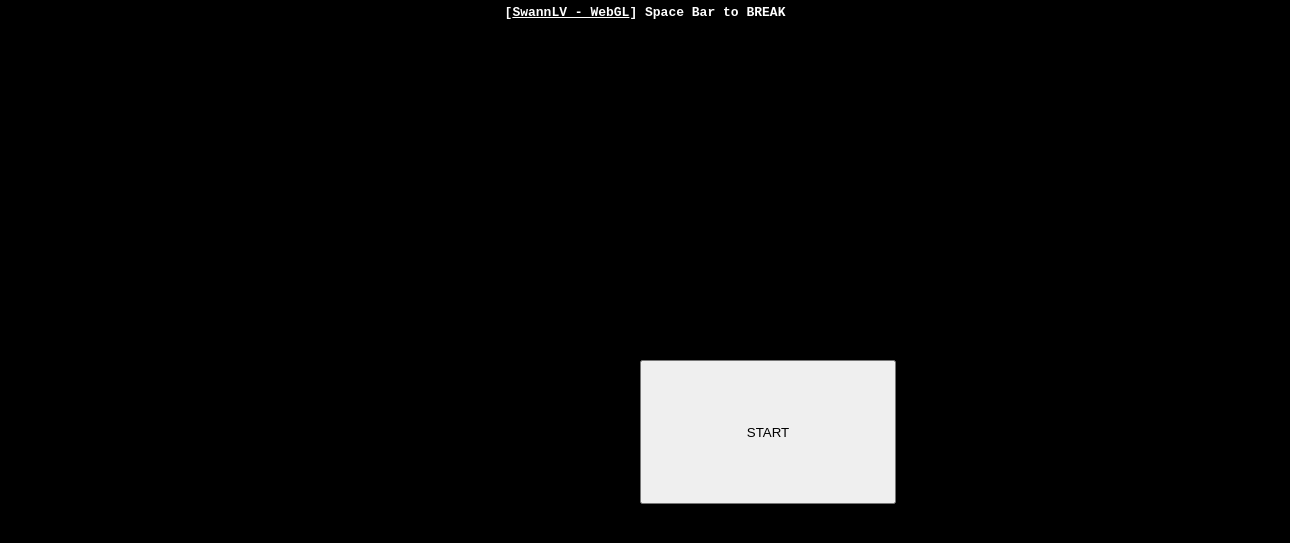
Repository: SwannLV/reach-the-sun
Page: Index.html
The author's editor kept a record of every edit. The page is drawn from the files as they stood at one moment, then again after the next edit.
The browser window is 1280 px wide. The page is 1290 px wide, so the pictures cover 1290 px, including what lies to the right of the window. The pictures show the whole page.
Some web libraries are served in a nearby version.

Above is the page before.
Console error: ReferenceError: THREE is not defined

### Index.html
<!DOCTYPE html>
<html lang="en">

    <head>
        <title>SwannLV</title>
        <meta charset="utf-8">
        <meta name="viewport" content="width=device-width, user-scalable=no, minimum-scale=1.0, maximum-scale=1.0">
        <style>
            body {
                color: #ffffff;
                font-family:Monospace;
                font-size:13px;
                text-align:center;
                font-weight: bold;
                background-color: #000000;
                margin: 0px;
                overflow: hidden;
            }
            #info {
                position: absolute;
                top: 0px;
                width: 100%;
                padding: 5px;
            }
            #start {
                position: absolute;
                top: 50%;
                left: 50%;
                width: 20%;
                height: 20%;
                padding: 5px;
            }
            #infoMusic {
                position: absolute;
                bottom: 0px;
                right: 5px;
                padding: 5px;
            }
            #ongoing
            {
                position: absolute;
                top: 0px;
                right: 5px;
                padding: 5px;
                color: #ff0000;
            }
            a {
                color: #ffffff;
            }
        </style>
        <script type="text/javascript">
          var _gaq = _gaq || [];
          _gaq.push(['_setAccount', 'UA-36066678-1']);
          _gaq.push(['_trackPageview']);
          (function() {
            var ga = document.createElement('script'); ga.type = 'text/javascript'; ga.async = true;
            ga.src = ('https:' == document.location.protocol ? 'https://ssl' : 'http://www') + '.google-analytics.com/ga.js';
            var s = document.getElementsByTagName('script')[0]; s.parentNode.insertBefore(ga, s);
          })();
        </script>
        <script src="//ajax.googleapis.com/ajax/libs/jquery/1.8.3/jquery.min.js"></script>
    </head>

    <body>
        <div id="container"></div>
        <div id="info">
            [<a href="http://ca.linkedin.com/in/swannlv" target="_blank">SwannLV - WebGL</a>] Space Bar to BREAK
        </div>

        <button id="start">START</button>

        <!--<div id="ongoing">-->
        <!--    <h3>Ongoing project</h3>-->
        <!--</div>-->
        <!--<div id="infoMusic">-->
        <!--    Music | Boris Banzo-->
        <!--</div>-->


        <script src="libs/three.min.js"></script>
        <script src='libs/THREEx.KeyboardState.js'></script>
        <script src="libs/shaders/ConvolutionShader.js"></script>
        <script src="libs/shaders/CopyShader.js"></script>
        <script src="libs/shaders/FilmShader.js"></script>
        <script src="libs/postprocessing/EffectComposer.js"></script>
        <script src="libs/postprocessing/ShaderPass.js"></script>
        <script src="libs/postprocessing/MaskPass.js"></script>
        <script src="libs/postprocessing/RenderPass.js"></script>
        <script src="libs/postprocessing/BloomPass.js"></script>
        <script src="libs/postprocessing/FilmPass.js"></script>
        <script src="libs/ImprovedNoise.js"></script>
        <script src="libs/Visualiser.js"></script>
        <script src="libs/Detector.js"></script>
        <script src="libs/stats.min.js"></script>
        <script src="libs/buffer-loader.js"></script>

        <script id="sunFragmentShader" type="x-shader/x-fragment">
            uniform float time;
            uniform vec2 resolution;
            uniform float fogDensity;
            uniform vec3 fogColor;
            uniform sampler2D texture1;
            uniform sampler2D texture2;
            varying vec2 vUv;

            void main(void) {
                vec2 position = -1.0 + 2.0 * vUv;
                vec4 noise = texture2D(texture1, vUv);
                vec2 T1 = vUv + vec2(1.5, - 1.5) * time * 0.02;
                vec2 T2 = vUv + vec2(-0.5, 2.0) * time * 0.01;

                T1.x += noise.x * 2.0;
                T1.y += noise.y * 2.0;
                T2.x -= noise.y * 0.2;
                T2.y += noise.z * 0.2;
                float p = texture2D(texture1, T1 * 2.0).a;
                vec4 color = texture2D(texture2, T2 * 2.0);
                vec4 temp = color * (vec4(p, p, p, p) * 2.0) + (color * color - 0.1);
                if (temp.r > 1.0) {
                    temp.bg += clamp(temp.r - 2.0, 0.0, 100.0);
                }
                if (temp.g > 1.0) {
                    temp.rb += temp.g - 1.0;
                }
                if (temp.b > 1.0) {
                    temp.rg += temp.b - 1.0;
                }
                gl_FragColor = temp;
                float depth = gl_FragCoord.z / gl_FragCoord.w;
                const float LOG2 = 1.442695;
                float fogFactor = exp2(-fogDensity * fogDensity * depth * depth * LOG2);
                fogFactor = 0.001; //1.0 - clamp( fogFactor, 0.0, 1.0 );
                gl_FragColor = mix(gl_FragColor, vec4(fogColor, gl_FragColor.w), fogFactor);
            }
        </script>

        <script id="sunVertexShader" type="x-shader/x-vertex">
            uniform vec2 uvScale;
            varying vec2 vUv;

            void main() {
                vUv = uvScale * uv;
                vec4 mvPosition = modelViewMatrix * vec4(position, 1.0);
                gl_Position = projectionMatrix * mvPosition;
            }
        </script>

        <script src="Game.js"></script>
    </body>

</html>

### libs/postprocessing/EffectComposer.js
/**
 * @author alteredq / http://alteredqualia.com/
 */

THREE.EffectComposer = function ( renderer, renderTarget ) {

    this.renderer = renderer;

	this.renderTarget1 = renderTarget;

	if ( this.renderTarget1 === undefined ) {

		var width = window.innerWidth || 1;
		var height = window.innerHeight || 1;

		this.renderTargetParameters = { minFilter: THREE.LinearFilter, magFilter: THREE.LinearFilter, format: THREE.RGBFormat, stencilBuffer: false };
		this.renderTarget1 = new THREE.WebGLRenderTarget( width, height, this.renderTargetParameters );

	}

	this.renderTarget2 = this.renderTarget1.clone();

	this.writeBuffer = this.renderTarget1;
	this.readBuffer = this.renderTarget2;

	this.passes = [];

	if ( THREE.CopyShader === undefined )
		console.error( "THREE.EffectComposer relies on THREE.CopyShader" );

	this.copyPass = new THREE.ShaderPass( THREE.CopyShader );

};

THREE.EffectComposer.prototype = {

	swapBuffers: function() {

		var tmp = this.readBuffer;
		this.readBuffer = this.writeBuffer;
		this.writeBuffer = tmp;

	},

	addPass: function ( pass ) {

		this.passes.push( pass );

	},

	render: function ( delta ) {

		this.writeBuffer = this.renderTarget1;
		this.readBuffer = this.renderTarget2;

		var maskActive = false;

		var pass, i, il = this.passes.length;

		for ( i = 0; i < il; i ++ ) {

			pass = this.passes[ i ];

			if ( !pass.enabled ) continue;

			pass.render( this.renderer, this.writeBuffer, this.readBuffer, delta, maskActive );

			if ( pass.needsSwap ) {

				if ( maskActive ) {

					var context = this.renderer.context;

					context.stencilFunc( context.NOTEQUAL, 1, 0xffffffff );

					this.copyPass.render( this.renderer, this.writeBuffer, this.readBuffer, delta );

					context.stencilFunc( context.EQUAL, 1, 0xffffffff );

				}

				this.swapBuffers();

			}

			if ( pass instanceof THREE.MaskPass ) {

				maskActive = true;

			} else if ( pass instanceof THREE.ClearMaskPass ) {

				maskActive = false;

			}

		}

	},

	reset: function ( renderTarget ) {

		this.renderTarget1 = renderTarget;

		if ( this.renderTarget1 === undefined ) {

			this.renderTarget1 = new THREE.WebGLRenderTarget( window.innerWidth, window.innerHeight, this.renderTargetParameters );

		}

		this.renderTarget2 = this.renderTarget1.clone();

		this.writeBuffer = this.renderTarget1;
		this.readBuffer = this.renderTarget2;

	}

};

// shared ortho camera

THREE.EffectComposer.camera = new THREE.OrthographicCamera( -1, 1, 1, -1, 0, 1 );

THREE.EffectComposer.quad = new THREE.Mesh( new THREE.PlaneGeometry( 2, 2 ), null );

THREE.EffectComposer.scene = new THREE.Scene();
THREE.EffectComposer.scene.add( THREE.EffectComposer.quad );

Loaded but not shown: libs/THREEx.KeyboardState.js (library); Game.js (665 lines, source omitted); libs/three.min.js (empty); libs/shaders/ConvolutionShader.js (empty); libs/shaders/CopyShader.js (empty); libs/shaders/FilmShader.js (empty); libs/postprocessing/ShaderPass.js (empty); libs/postprocessing/MaskPass.js (empty); libs/postprocessing/RenderPass.js (empty); libs/postprocessing/BloomPass.js (empty); libs/postprocessing/FilmPass.js (empty); libs/ImprovedNoise.js (empty); libs/Visualiser.js (empty); libs/Detector.js (empty); libs/stats.min.js (empty); libs/buffer-loader.js (empty)

After the next edit:
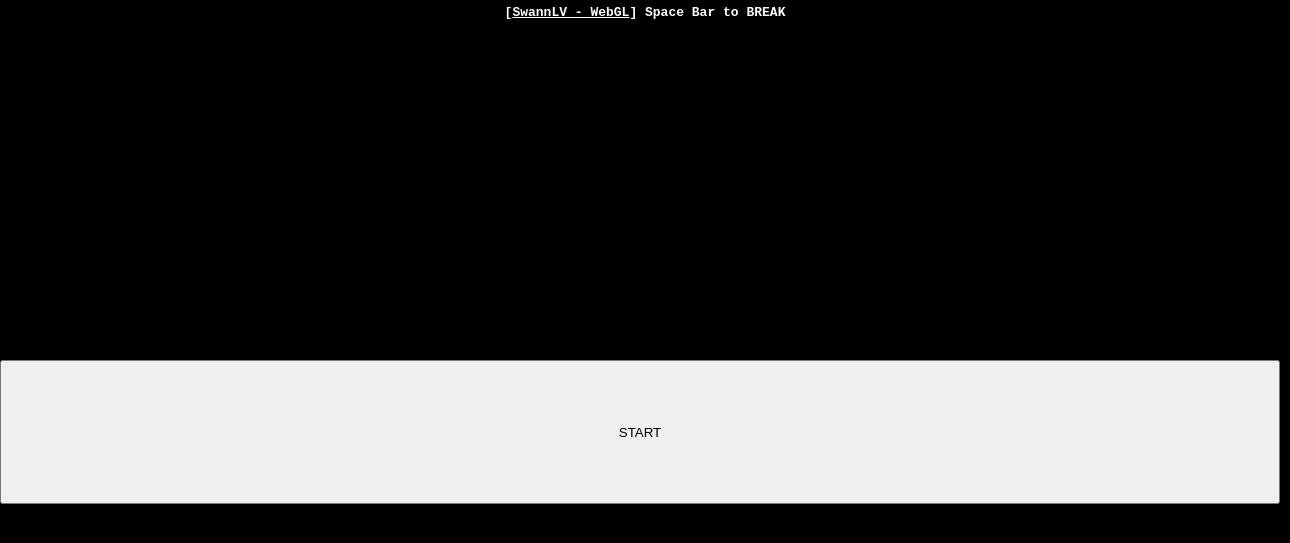
The edit:
--- a/Index.html
+++ b/Index.html
@@ -25,8 +25,8 @@
             #start {
                 position: absolute;
                 top: 50%;
-                left: 50%;
-                width: 20%;
+                left: 0%;
+                width: 100%;
                 height: 20%;
                 padding: 5px;
             }
